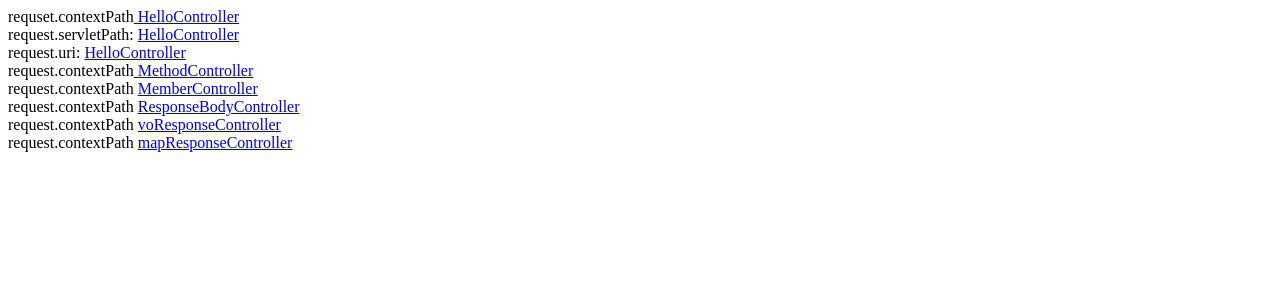
Repository: JunhaPark96/springBoard_maven
Page: http://localhost/springmvc/
These files come from the project's save history. The page is drawn as it stood at one moment and after the next save; the edit follows.
The browser window is 1280 px wide. The pictures show the whole page.
The page is served by Tomcat 9. Nobody is signed in. The application's start-up code is not run.

Above is the page before, as saved 2023-08-22 08:11:33.

After the next save:
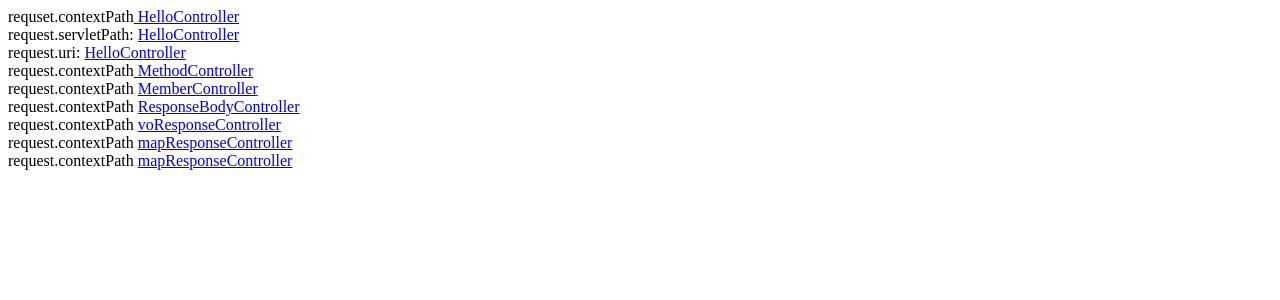
Saved 47 s later.
--- a/springmvc/src/main/webapp/index.jsp
+++ b/springmvc/src/main/webapp/index.jsp
@@ -22,5 +22,7 @@
 	request.contextPath <a href="${pageContext.request.contextPath}/stringresponse"> ResponseBodyController</a><br>
 	request.contextPath <a href="${pageContext.request.contextPath}/voresponse"> voResponseController</a><br>
 	request.contextPath <a href="${pageContext.request.contextPath}/mapresponse"> mapResponseController</a><br>
+
+	request.contextPath <a href="${pageContext.request.contextPath}/mapresponse"> mapResponseController</a><br>
 </body>
 </html>
